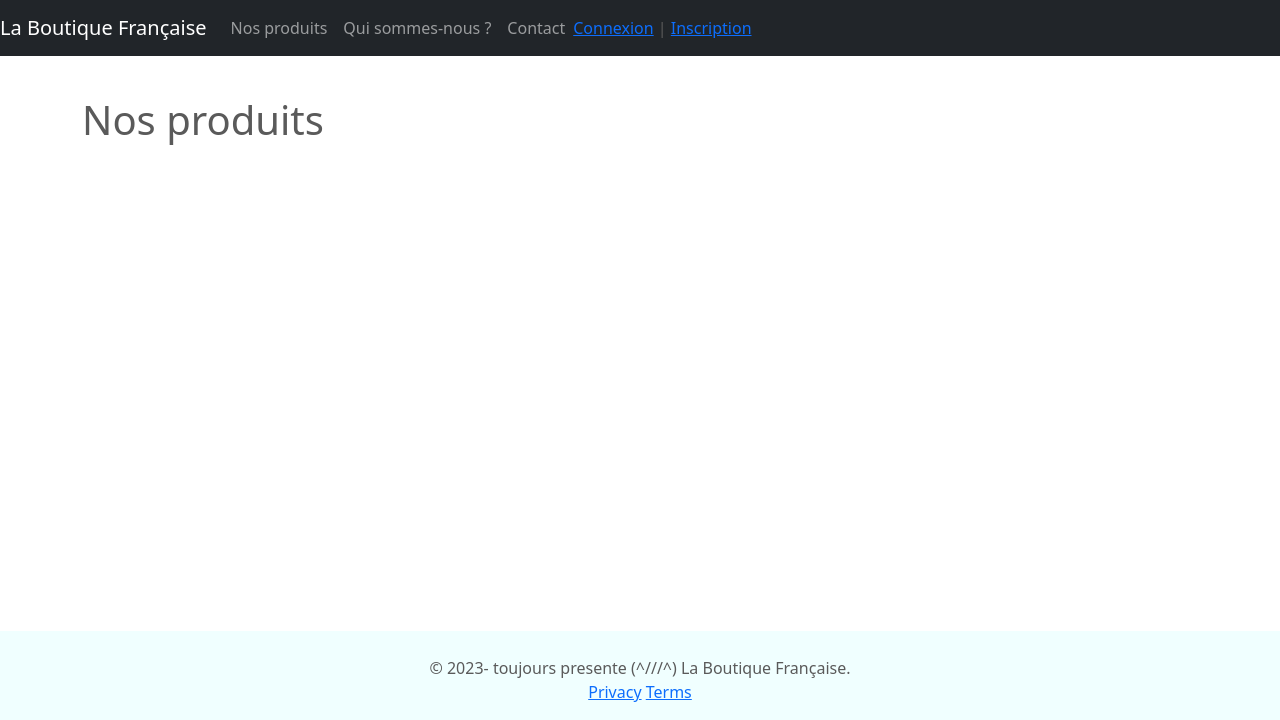
Repository: Coulibaly00180/laboutiquefrancaise
Page: templates/product/index.html.twig
The author's editor kept a copy of each file at every save. The page is drawn from the files as they stood at one save, then again after the next save.
The browser window is 1280 px wide. The pictures show the whole page.
The page is a Twig template of a Symfony application; nobody is signed in and links lead nowhere. The template is opened directly, without the code that normally fills it, so the values that code supplies are empty.

Above is the page before, as saved 2023-03-05 13:17:33.

After the next save:
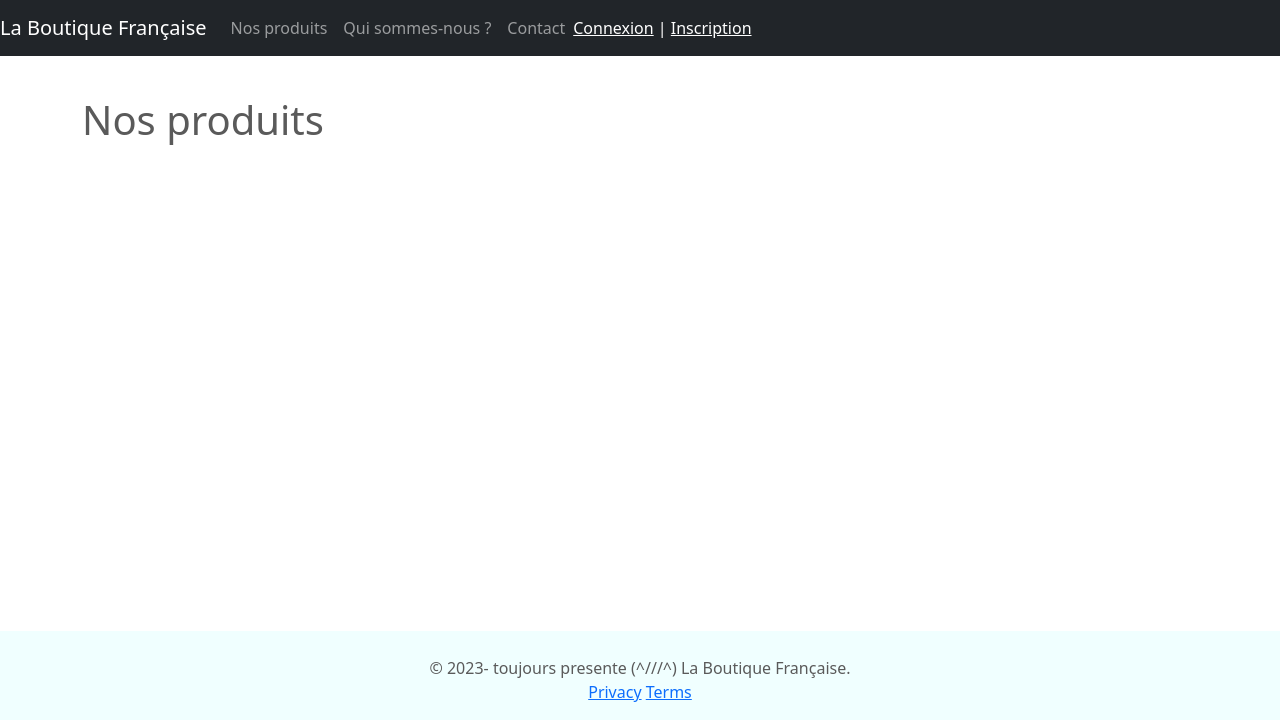
Saved 11 s later.
--- a/public/assets/css/style.css
+++ b/public/assets/css/style.css
@@ -1,4 +1,6 @@
-
+.navbar-item-custom, .navbar-item-custom a{
+    color: #fff;
+}
 
 .footer-custom{
     text-align: center;
